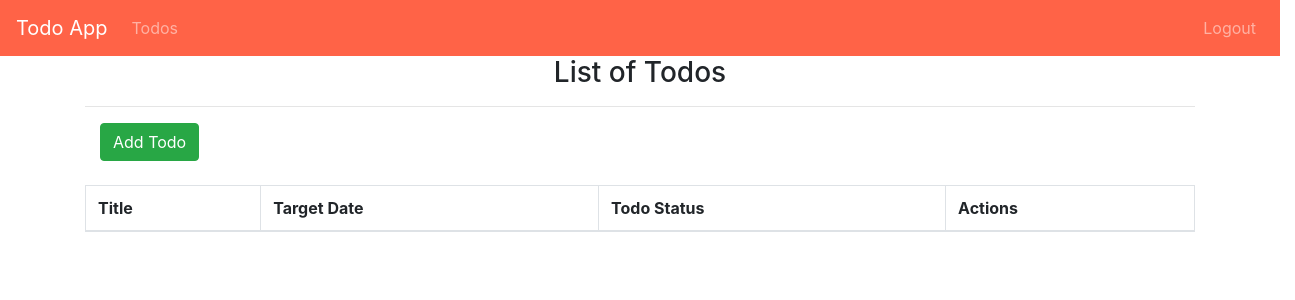
Repository: sophiaks/CRUD
Page: http://localhost/Projeto1/listRamesh.jsp
An editor plug-in stored every save of this project. The page is shown before and after the next save, followed by the edit.
The browser window is 1280 px wide. The page is 1295 px wide, then 1280 px, so the pictures cover 1295 px, including what lies to the right of the window. The pictures show the whole page.
The page is served by Tomcat 9. Other server files are loaded and not shown. The template is opened directly, without the code that normally fills it, so the values that code supplies are empty.

Above is the page before, as saved 2020-09-21 22:25:57.

### WorkspaceP1/Projeto1/WebContent/listRamesh.jsp
<%@ page language="java" contentType="text/html; charset=UTF-8"
	pageEncoding="UTF-8"%>
<%@ taglib uri="http://java.sun.com/jsp/jstl/core" prefix="c"%>
<html>
<head>
<title>User Management Application</title>

<link rel="stylesheet"
	href="https://stackpath.bootstrapcdn.com/bootstrap/4.3.1/css/bootstrap.min.css"
	integrity="sha384-ggOyR0iXCbMQv3Xipma34MD+dH/1fQ784/j6cY/iJTQUOhcWr7x9JvoRxT2MZw1T"
	crossorigin="anonymous">
</head>

</head>
<body>
	<header>
		<nav class="navbar navbar-expand-md navbar-dark"
			style="background-color: tomato">
			<div>
				<a href="https://www.javaguides.net" class="navbar-brand"> Todo
					App</a>
			</div>

			<ul class="navbar-nav">
				<li><a href="<%=request.getContextPath()%>/list"
					class="nav-link">Todos</a></li>
			</ul>

			<ul class="navbar-nav navbar-collapse justify-content-end">
				<li><a href="<%=request.getContextPath()%>/logout"
					class="nav-link">Logout</a></li>
			</ul>
		</nav>
	</header>

	<div class="row">
		<!-- <div class="alert alert-success" *ngIf='message'>{{message}}</div> -->

		<div class="container">
			<h3 class="text-center">List of Todos</h3>
			<hr>
			<div class="container text-left">

				<a href="<%=request.getContextPath()%>/new"
					class="btn btn-success">Add Todo</a>
			</div>
			<br>
			<table class="table table-bordered">
				<thead>
					<tr>
						<th>Title</th>
						<th>Target Date</th>
						<th>Todo Status</th>
						<th>Actions</th>
					</tr>
				</thead>
				<tbody>
					<!--   for (Todo todo: todos) {  -->
					<c:forEach var="todo" items="${listTodo}">

						<tr>
							<td><c:out value="${todo.title}" /></td>
							<td><c:out value="${todo.targetDate}" /></td>
							<td><c:out value="${todo.status}" /></td>

							<td><a href="edit?id=<c:out value='${todo.id}' />">Edit</a>
								&nbsp;&nbsp;&nbsp;&nbsp; <a
								href="delete?id=<c:out value='${todo.id}' />">Delete</a></td>

							<!--  <td><button (click)="updateTodo(todo.id)" class="btn btn-success">Update</button>
          							<button (click)="deleteTodo(todo.id)" class="btn btn-warning">Delete</button></td> -->
						</tr>
					</c:forEach>
					<!-- } -->
				</tbody>

			</table>
		</div>
	</div>

</body>
</html>

After the next save:
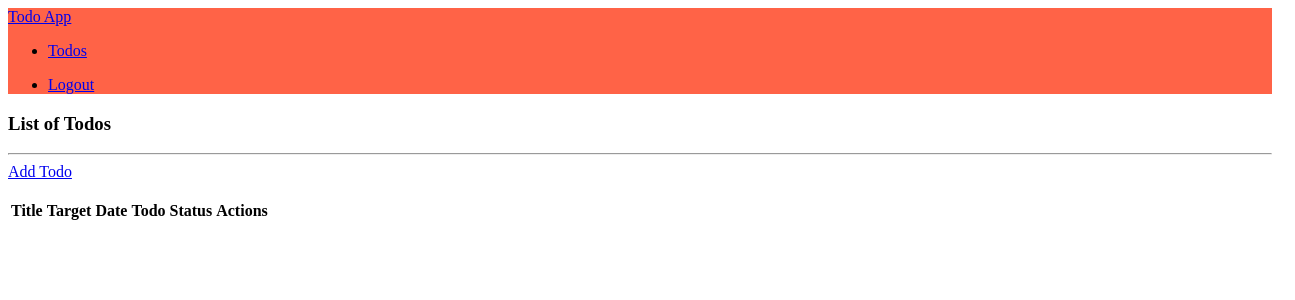
Saved 31 s later.
--- a/WorkspaceP1/Projeto1/WebContent/listRamesh.jsp
+++ b/WorkspaceP1/Projeto1/WebContent/listRamesh.jsp
@@ -3,14 +3,6 @@
 <%@ taglib uri="http://java.sun.com/jsp/jstl/core" prefix="c"%>
 <html>
 <head>
-<title>User Management Application</title>
-
-<link rel="stylesheet"
-	href="https://stackpath.bootstrapcdn.com/bootstrap/4.3.1/css/bootstrap.min.css"
-	integrity="sha384-ggOyR0iXCbMQv3Xipma34MD+dH/1fQ784/j6cY/iJTQUOhcWr7x9JvoRxT2MZw1T"
-	crossorigin="anonymous">
-</head>
-
 </head>
 <body>
 	<header>
